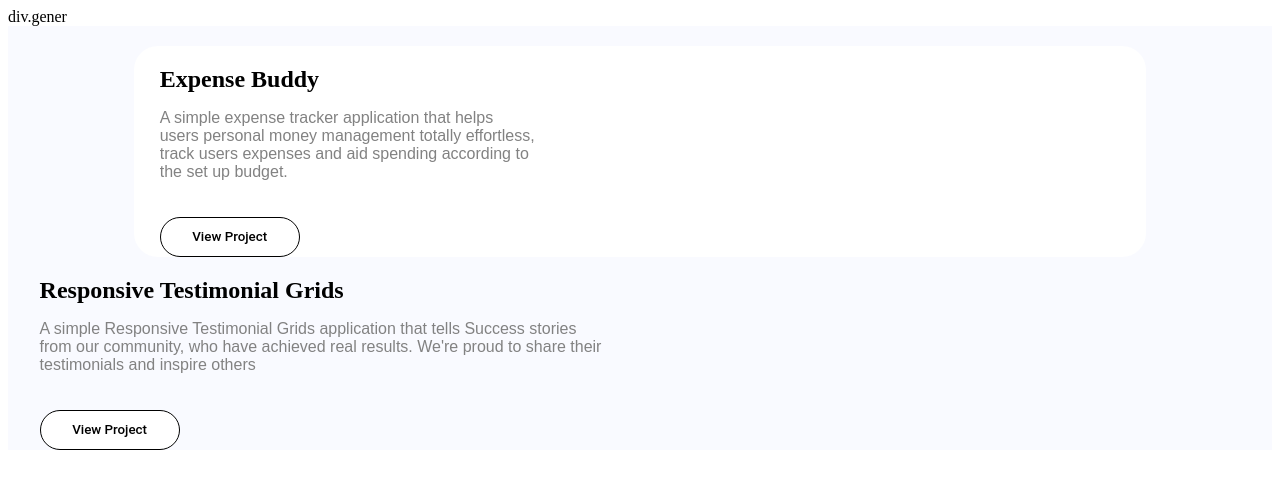
Repository: adehope1/My_Portfoilo
Page: port/assest/index2.html
These files come from the project's save history. The page is drawn as it stood at one moment and after a run of saves; the edit follows.
The browser window is 1280 px wide. The pictures show the whole page.

Above is the page before, as saved 2024-09-01 22:34:46.

After the next 2 saves:
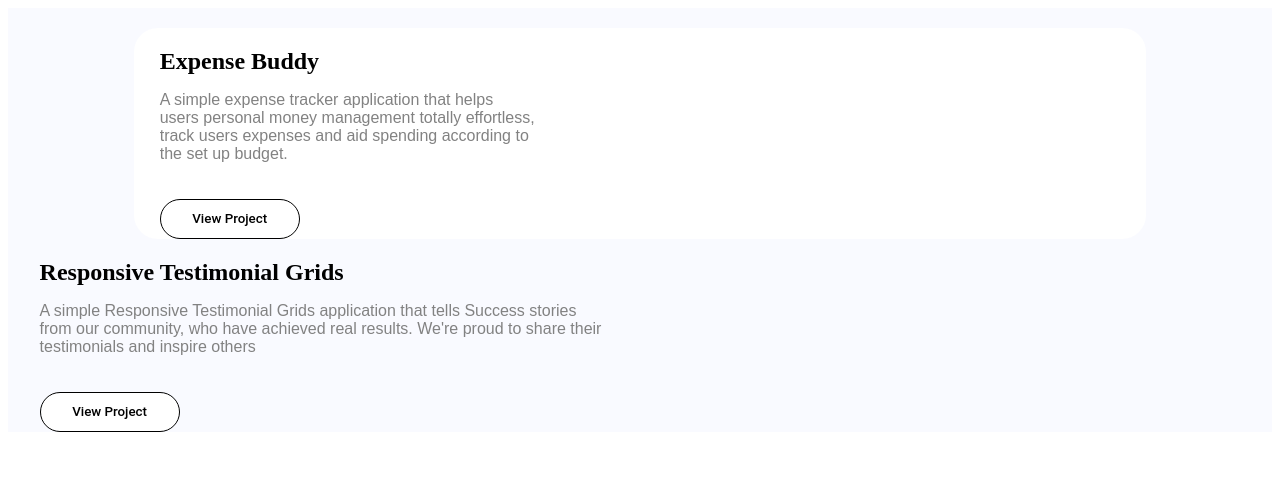
The 2 saves are shown as one change because they came seconds apart.
The last was saved 7 s later.
--- a/port/assest/index2.html
+++ b/port/assest/index2.html
@@ -7,7 +7,9 @@
     <title>Document</title>
 </head>
 <body>
-    div.gener
+    <div class="general">
+
+    </div>
     <div class="proCont">
         <div class="cnt1">
             <div class="nameP">
